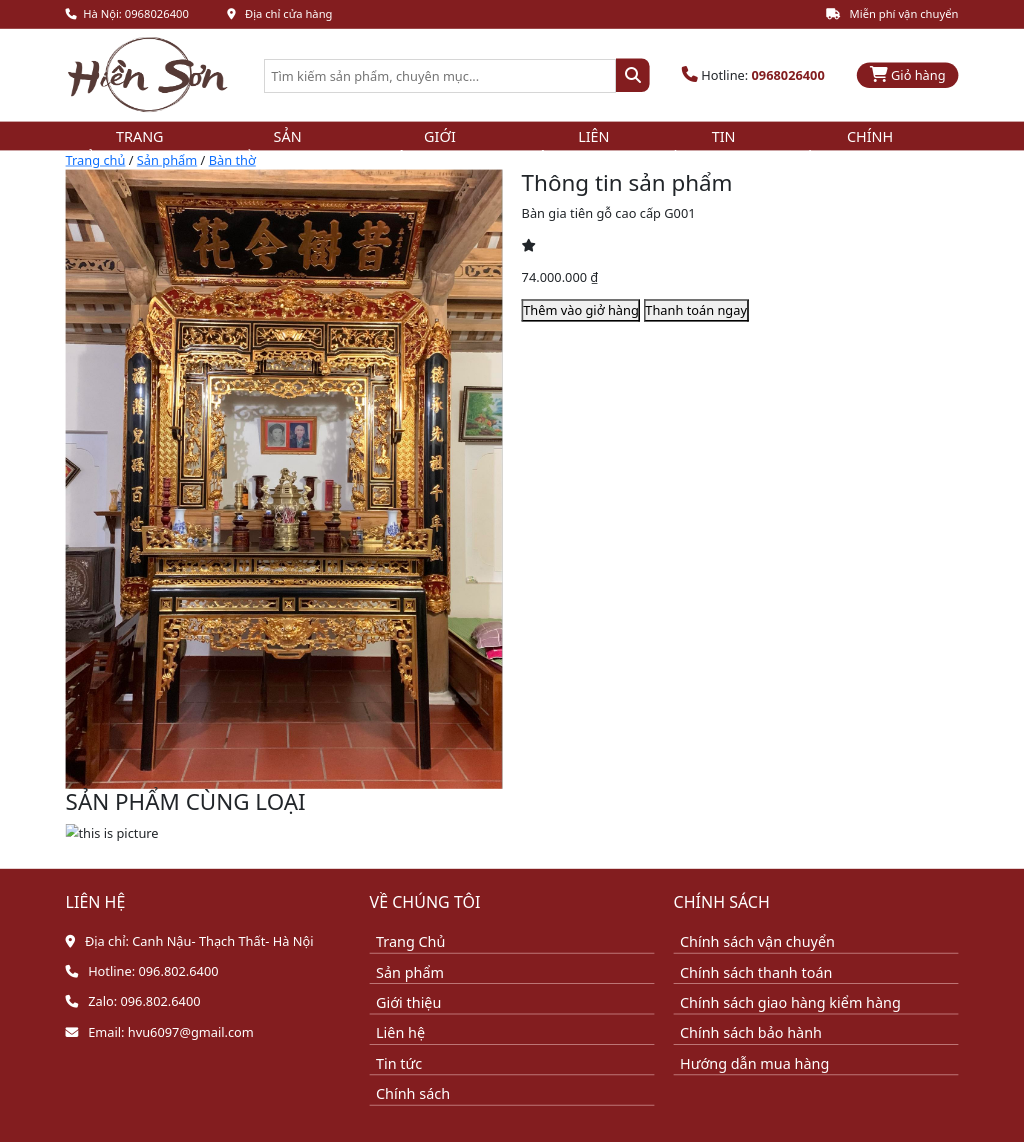
Repository: hoang28092000/do_go_hien_son
Page: product_details/ban_tho-g001.html
These files come from the project's save history. The page is drawn as it stood at one moment and after the next save; the edit follows.
The browser window is 1280 px wide. The pictures show the whole page, at 80% of full size.
Some web libraries are served in a nearby version.

Above is the page before, as saved 2024-08-10 20:01:15.

After the next save:
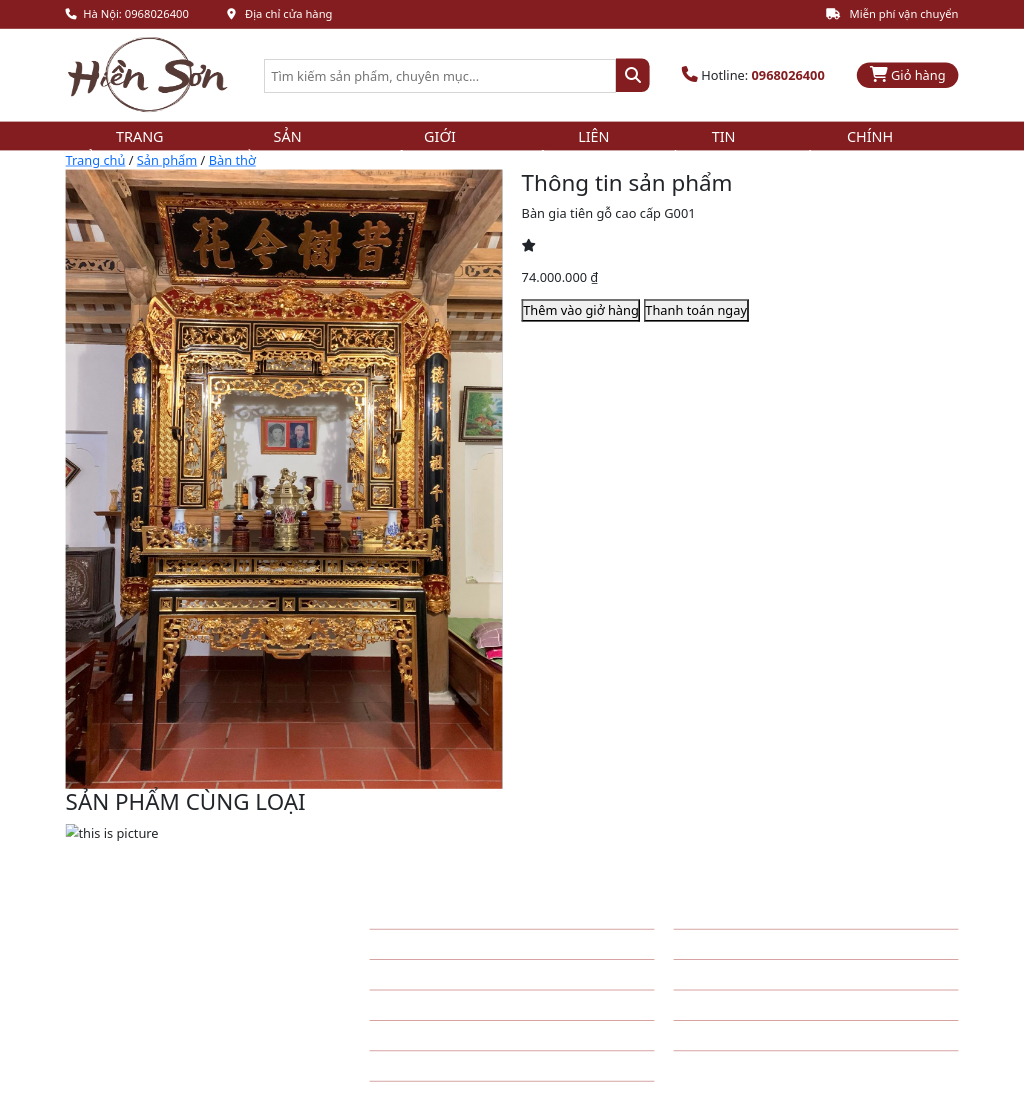
Saved 12 s later.
--- a/asset/style.css
+++ b/asset/style.css
@@ -454,6 +454,7 @@
 .main-product_details{
 
 }
+.main-product_details .
 /* footer */
 #footer{
     background-color: #831d1f;

After the 4 saves that followed:
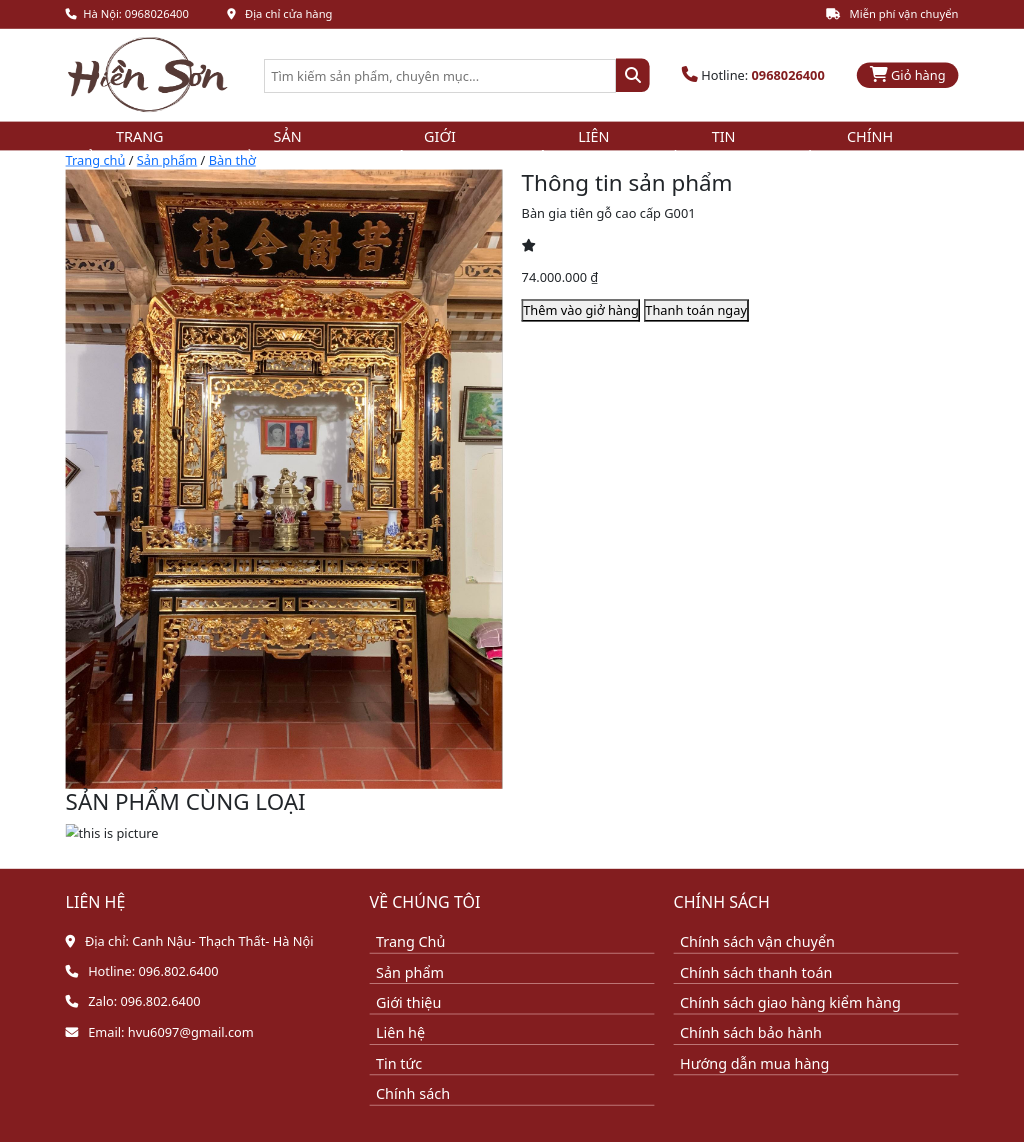
The 4 saves are shown as one change because 1 left the picture as it was and some came seconds apart.
The last was saved 24 s later.
--- a/asset/style.css
+++ b/asset/style.css
@@ -454,7 +454,9 @@
 .main-product_details{
 
 }
-.main-product_details .
+.main-product_details .info-p_details{
+
+}
 /* footer */
 #footer{
     background-color: #831d1f;
